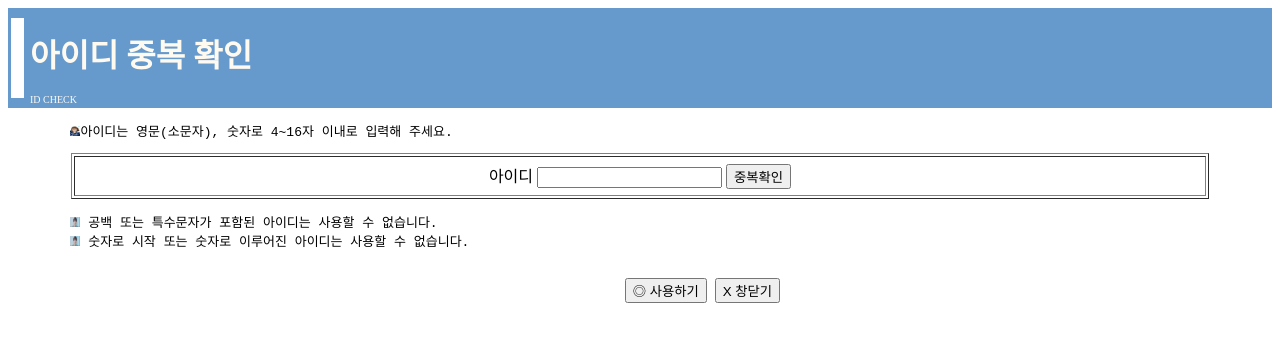
Repository: Leewonhoo/kostaweb
Page: Web_hello/WebContent/IdCheck.html
The author's editor kept a copy of each file at every save. The page is drawn from the files as they stood at one save, then again after the next save.
The browser window is 1280 px wide. The pictures show the whole page.

Above is the page before, as saved 2017-09-08 08:00:32.

After the next save:
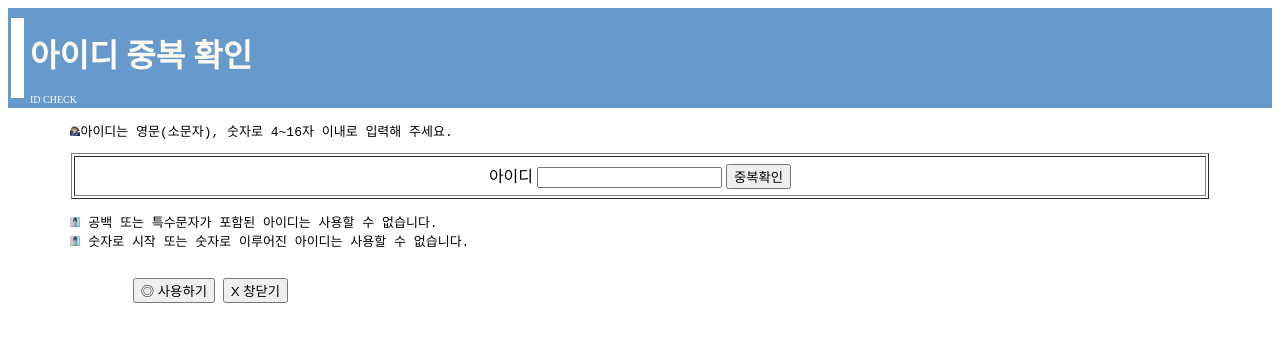
Saved 10 s later.
--- a/Web_hello/WebContent/IdCheck.html
+++ b/Web_hello/WebContent/IdCheck.html
@@ -30,7 +30,7 @@
 	<img alt="*" src="images/park1.jpg" width="10px" height="10px"> 공백 또는 특수문자가 포함된 아이디는 사용할 수 없습니다.
 	<img alt="*" src="images/park1.jpg" width="10px" height="10px"> 숫자로 시작 또는 숫자로 이루어진 아이디는 사용할 수 없습니다.
 	</pre>
-	<pre align="center">
+	<pre>
 		<input type="button" value="◎ 사용하기"> <input type="button" value="X 창닫기">
 	</pre>
 
